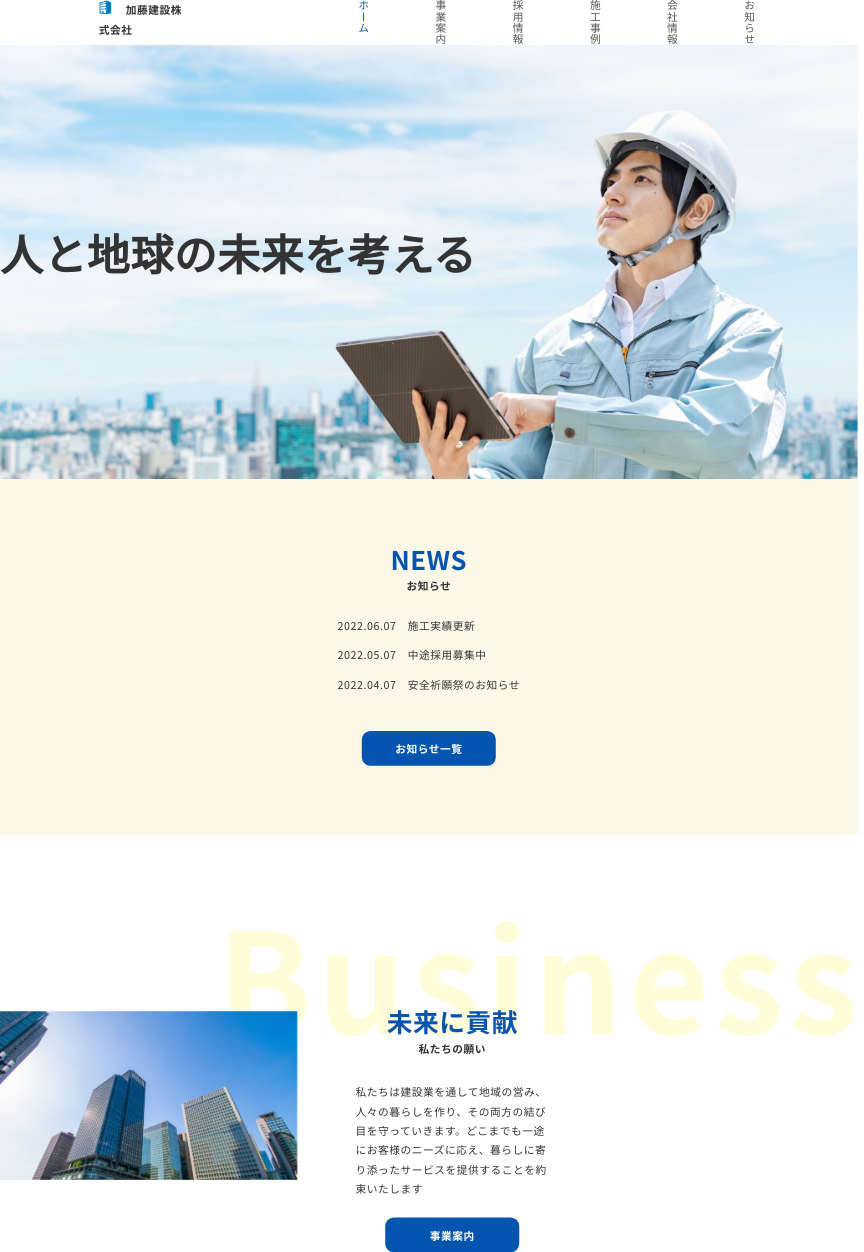
Repository: nozomi-23/hp1_test
Page: index.html
These files come from the project's save history. The page is drawn as it stood at one moment and after the next save; the edit follows.
The browser window is 1280 px wide. The page is 1289 px wide, so the pictures cover 1289 px, including what lies to the right of the window. The pictures show the whole page, at 67% of full size.

Above is the page before, as saved 2022-06-12 15:21:46.

After the next save:
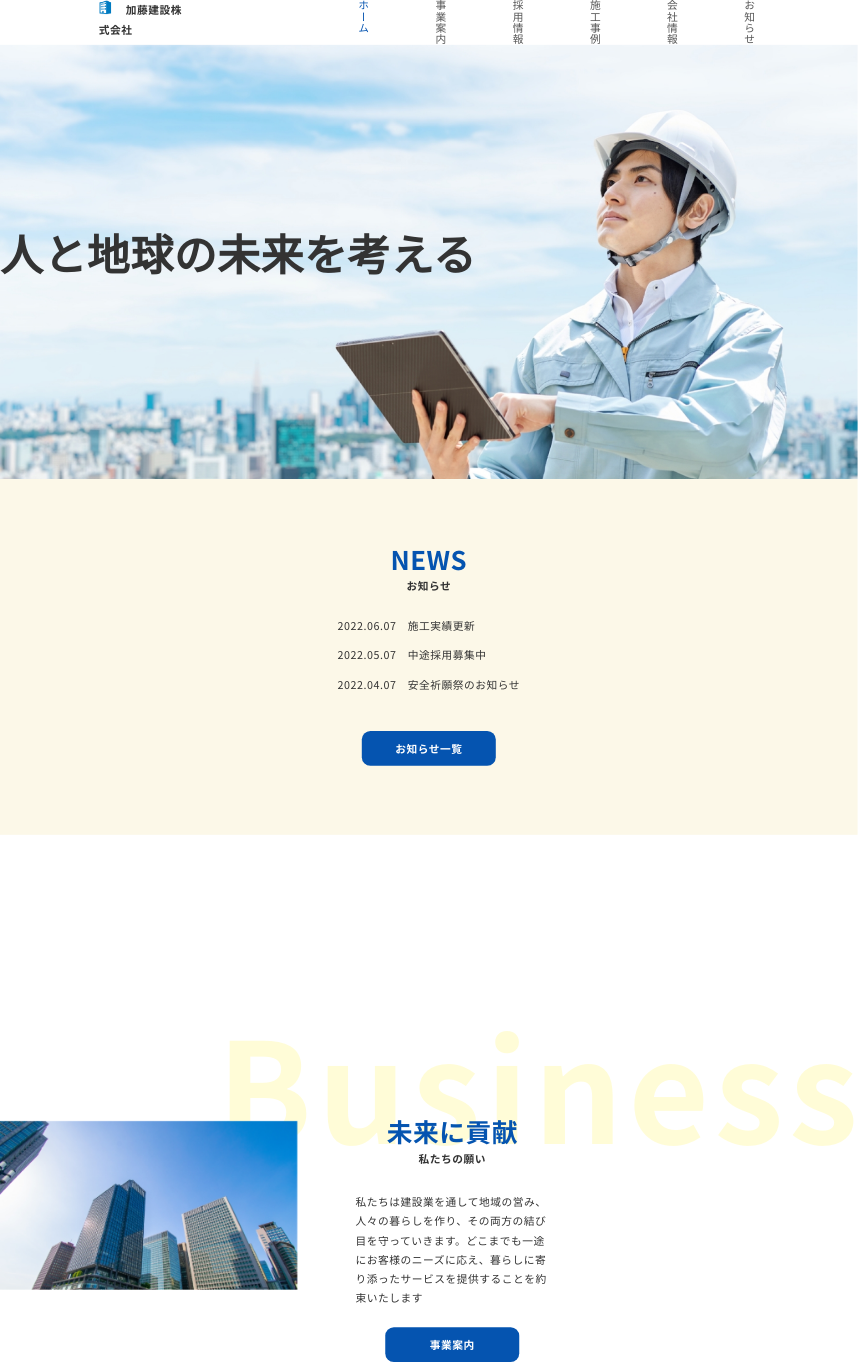
Saved 12 s later.
--- a/css/index.css
+++ b/css/index.css
@@ -81,7 +81,7 @@
 ===================*/
 .business_wrapper {
   position: absolute;
-  top: 10%;
+  top: 90%;
 }
 .business_all {
   position: relative;

After the save that followed:
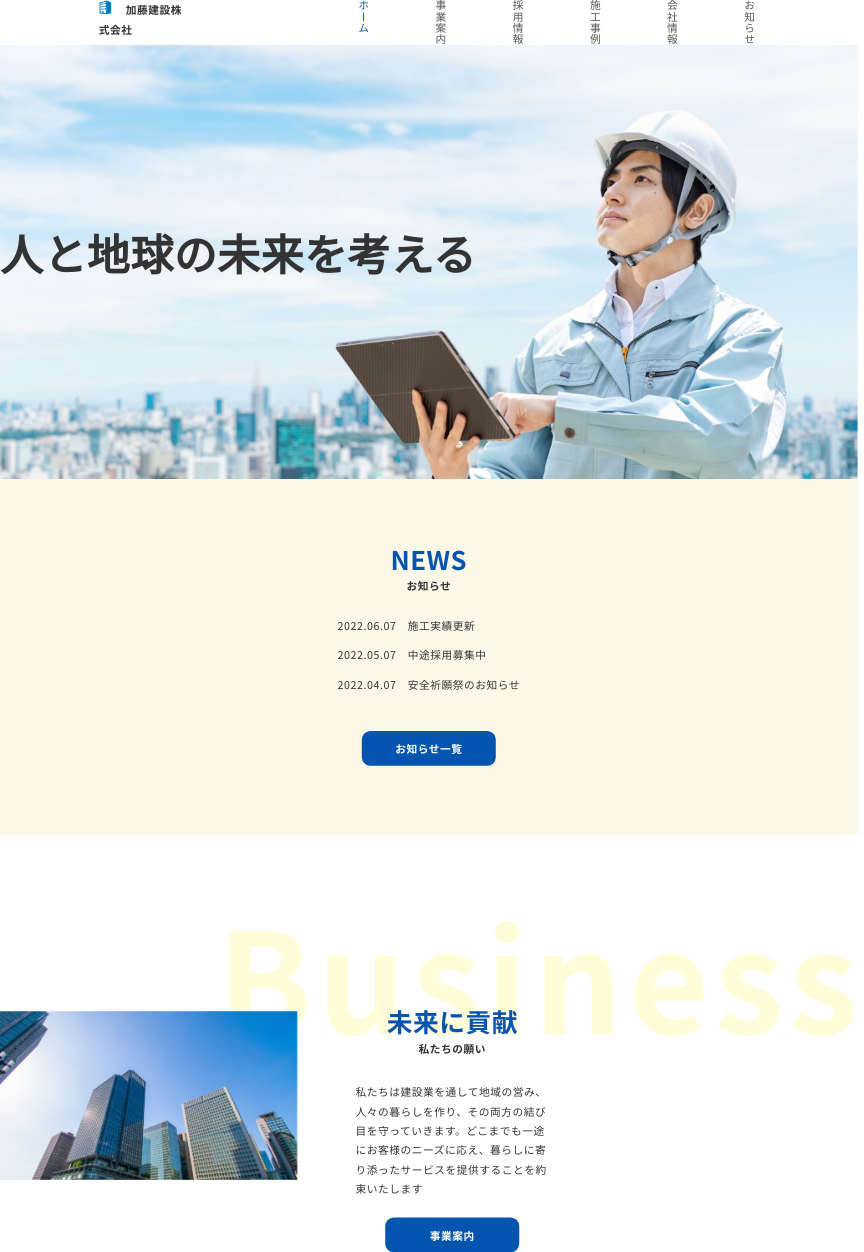
Saved 8 s later.
--- a/css/index.css
+++ b/css/index.css
@@ -81,7 +81,7 @@
 ===================*/
 .business_wrapper {
   position: absolute;
-  top: 90%;
+  top: 10%;
 }
 .business_all {
   position: relative;
